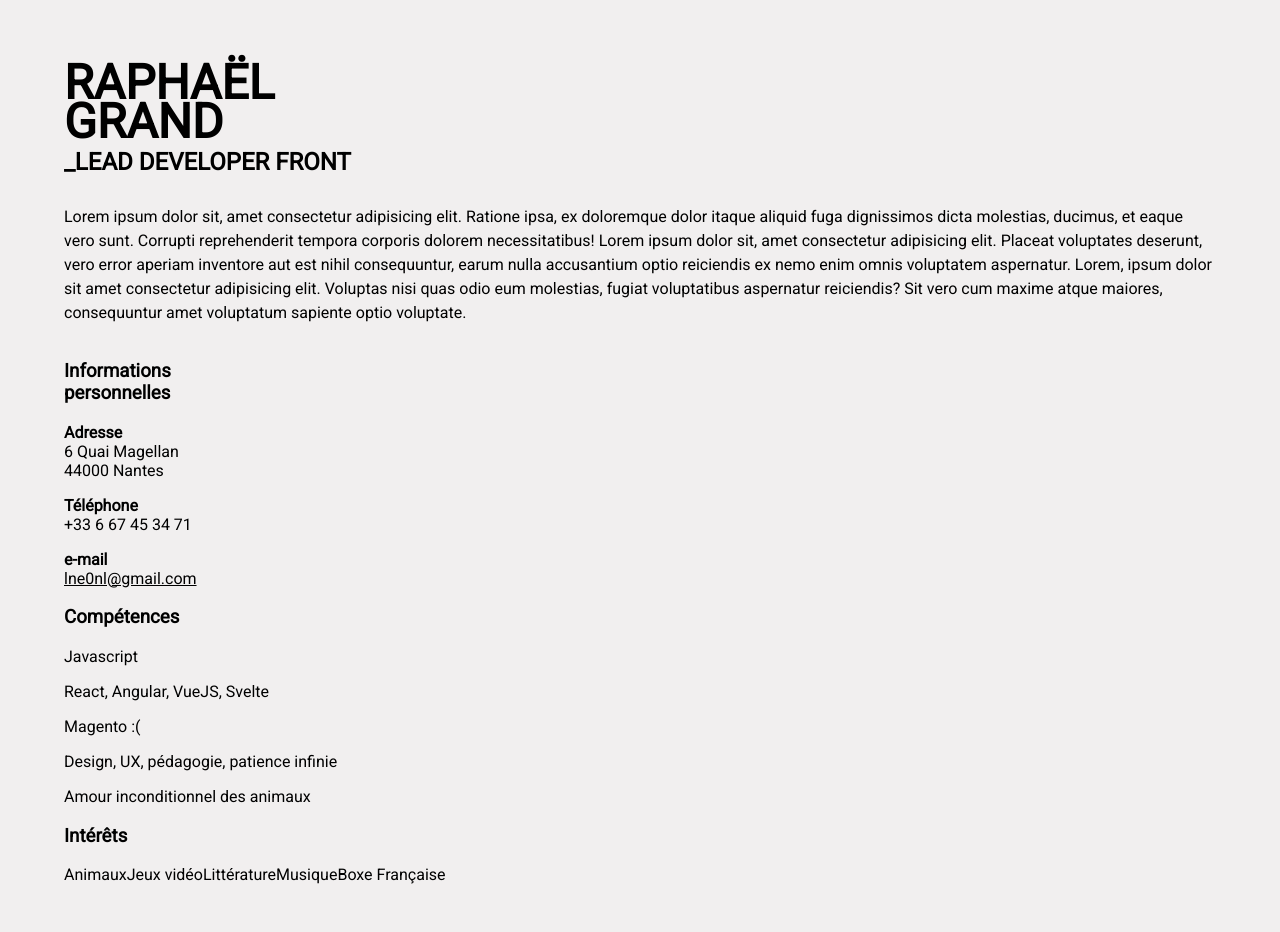
Repository: lne0nl/resume
Page: index.html
The author's editor kept a copy of each file at every save. The page is drawn from the files as they stood at one save, then again after the next save.
The browser window is 1280 px wide. The pictures show the whole page.

Above is the page before, as saved 2021-12-10 10:20:34.

After the next save:
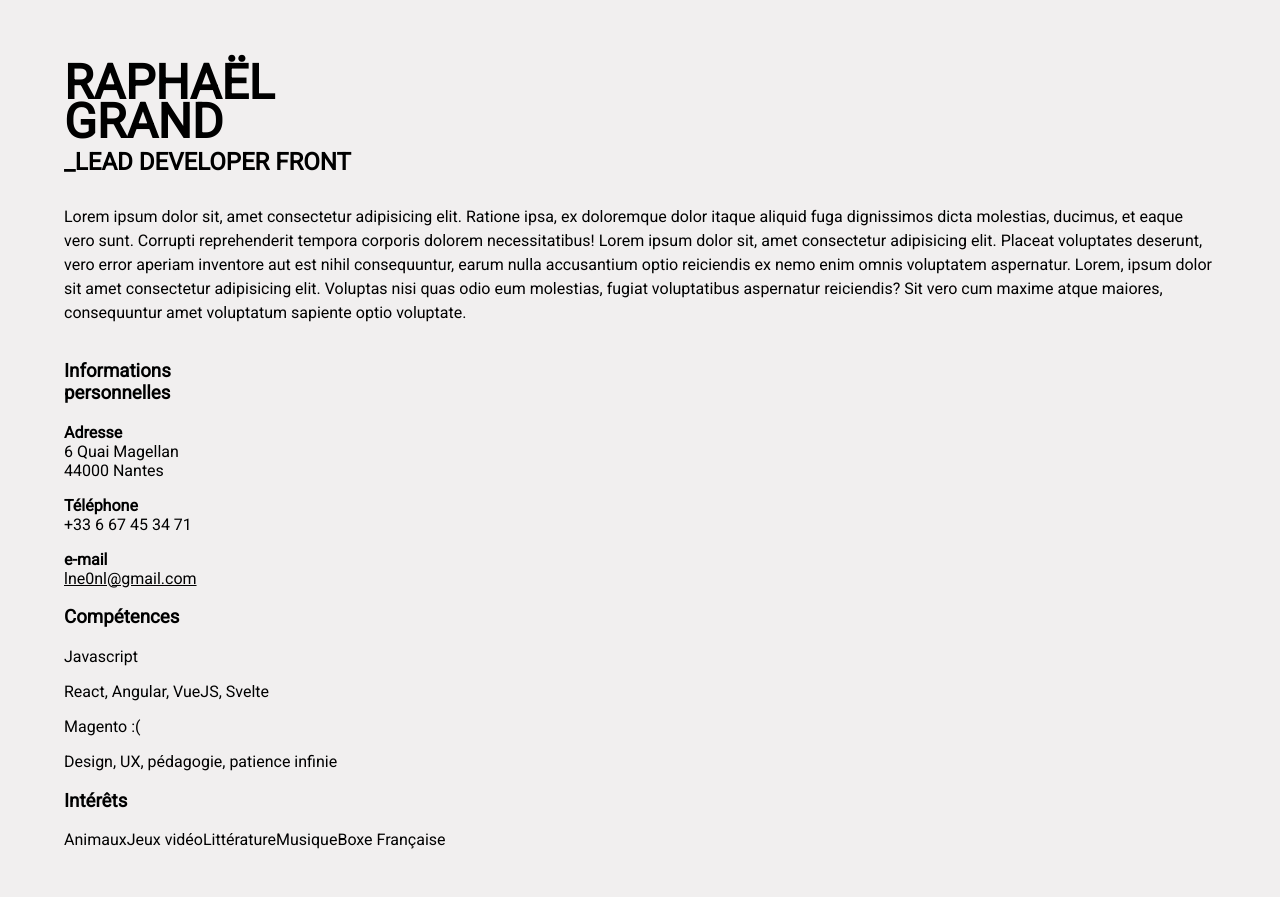
Saved 8 s later.
--- a/index.html
+++ b/index.html
@@ -57,7 +57,6 @@
             <li>React, Angular, VueJS, Svelte</li>
             <li>Magento :(</li>
             <li>Design, UX, pédagogie, patience infinie</li>
-            <li>Amour inconditionnel des animaux</li>
           </ul>
         </article>
         <article>
